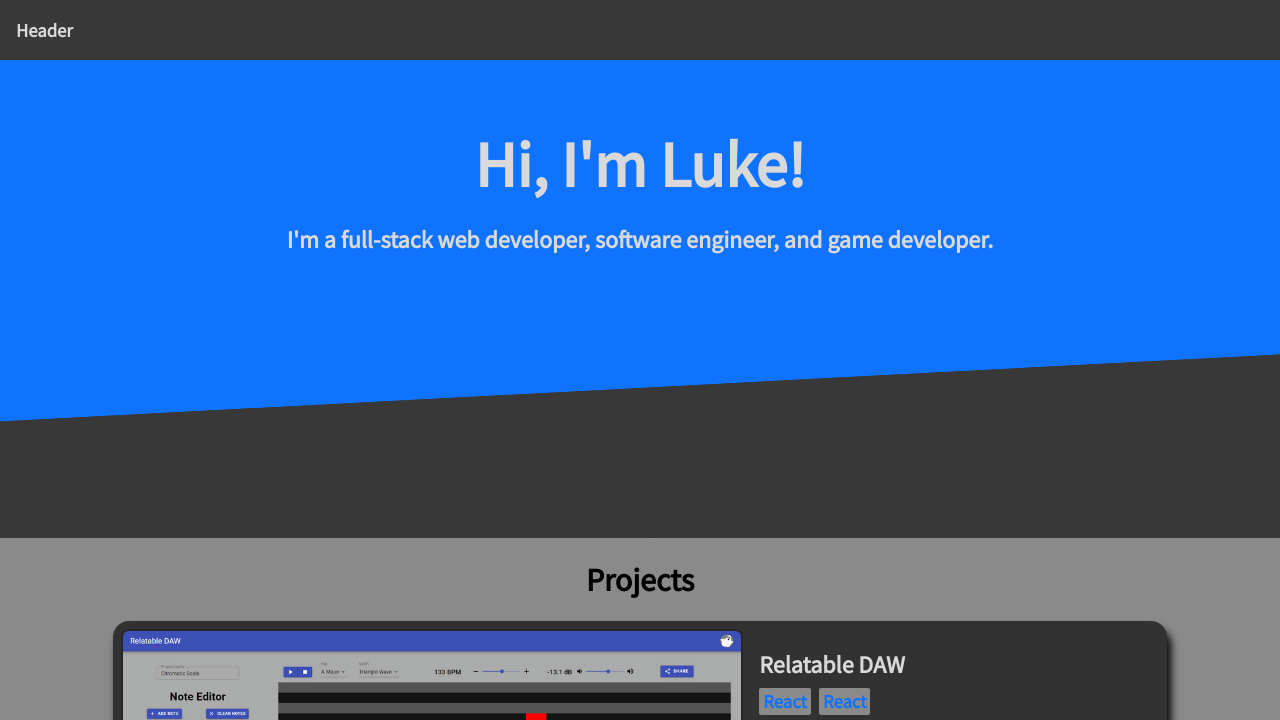
Repository: lbodwell/Personal-Website
Page: index.html
The author's editor kept a copy of each file at every save. The page is drawn from the files as they stood at one save, then again after the next save.
The browser window is 1280 px wide. The pictures show the whole page.
An inner scrolling area shows only its first screen.

Above is the page before, as saved 2022-04-04 19:40:58.

After the next save:
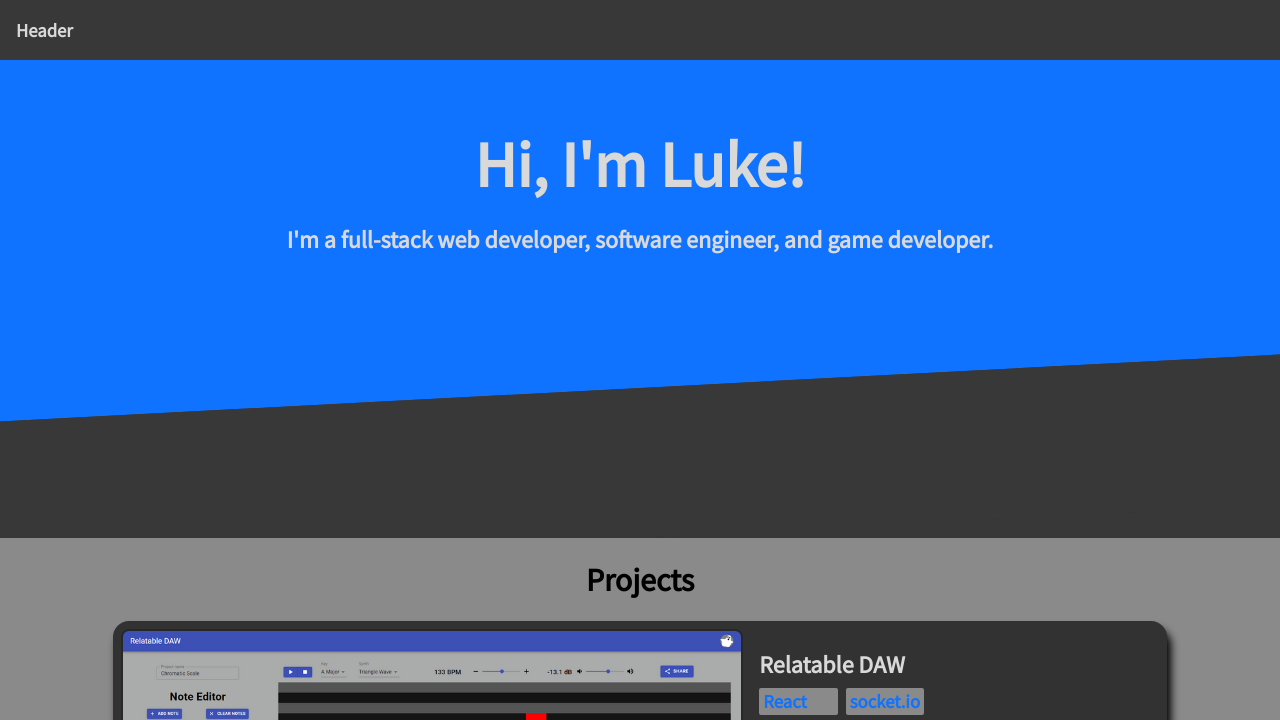
Saved 17 s later.
--- a/index.html
+++ b/index.html
@@ -32,7 +32,7 @@
                                         <h3>React</h3>
                                     </div>
                                     <div class="project-tag">
-                                        <h3>React</h3>
+                                        <h3>socket.io</h3>
                                     </div>
                                 </div>
                                 <div class="project-types">
